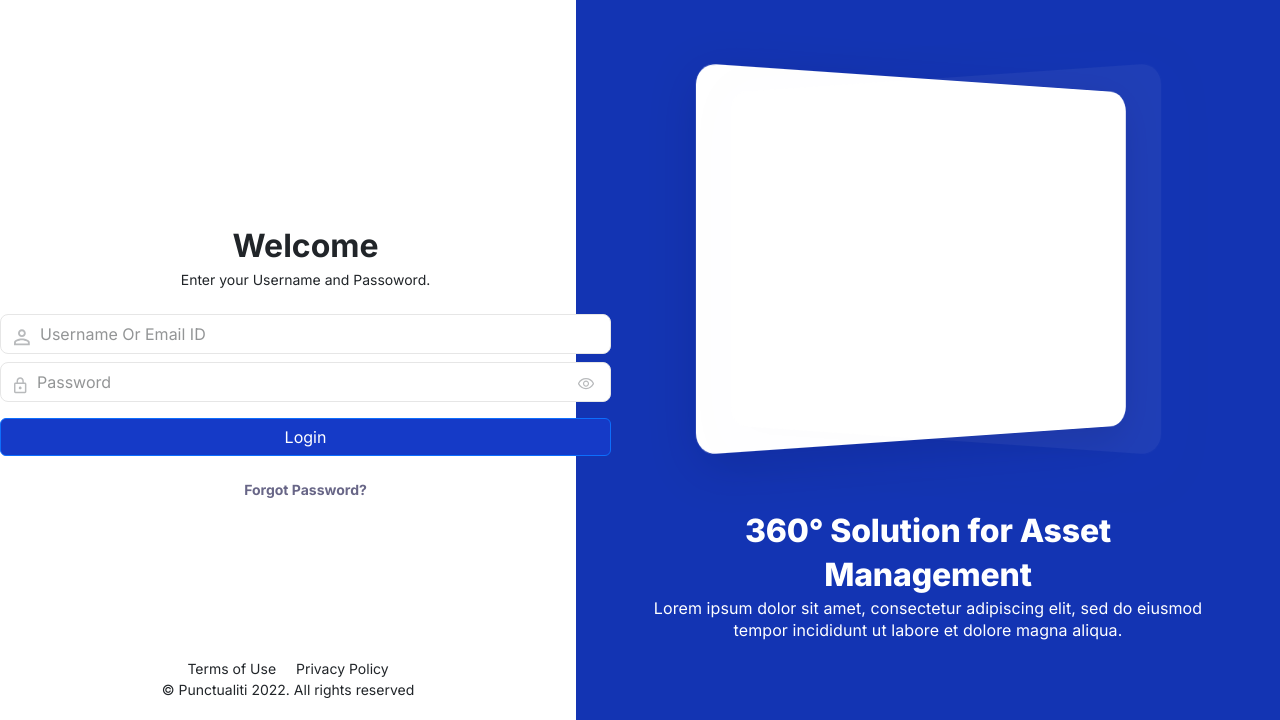
Repository: TauqeerHusain/Vouch-digital
Page: /
These files come from the project's save history. The page is drawn as it stood at one moment and after the next save; the edit follows.
The browser window is 1280 px wide. The pictures show the whole page.
The project was rebuilt for these pictures with package versions that can differ from the ones it lists, and the page was loaded fresh each time. Also part of the build but not shown: src/styles/Dashboard.css, src/Components/Dashboard/Aside.js, src/Components/Dashboard/Board.js, src/Components/Dashboard/index.js, src/styles/AddClintNav.css, src/Components/AddClint/AddClintNav.js, src/Components/CreateProfile/CrContent.js, src/Components/CreateProfile/index.js and 14 more.

Above is the page before, as saved 2023-03-15 15:28:12.

After the next save:
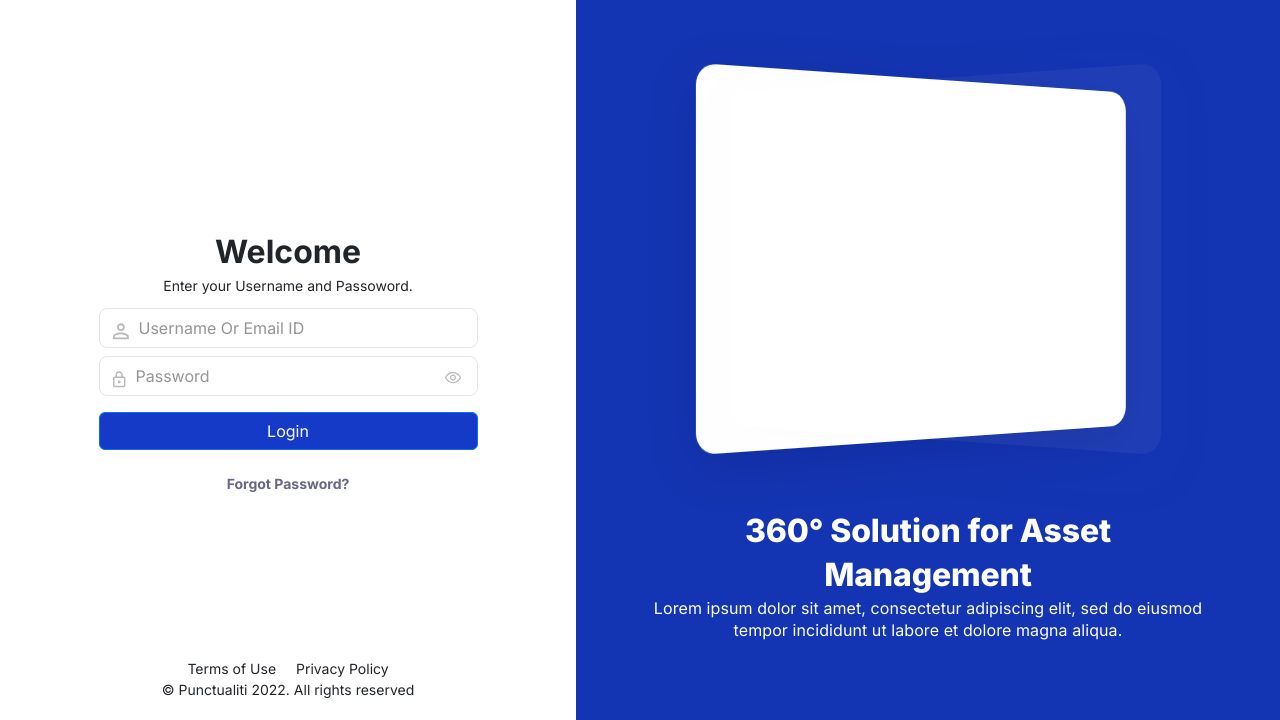
Saved 66 s later.
--- a/src/styles/LoginAct.css
+++ b/src/styles/LoginAct.css
@@ -57,7 +57,7 @@
     font-weight: 400;
     font-size: 14px;
     line-height: 20px;
-    margin-bottom: 24px;
+    margin-bottom: 12px;
 }
 
 .input-fild {
@@ -70,7 +70,6 @@
     display: flex;
     align-items: center;
     padding: 0px 13px;
-
 }
 
 .input-icon {
@@ -78,8 +77,7 @@
 }
 
 .input-control {
-    width: 567px;
-
+    width: 335px;
     position: relative;
 }
 
